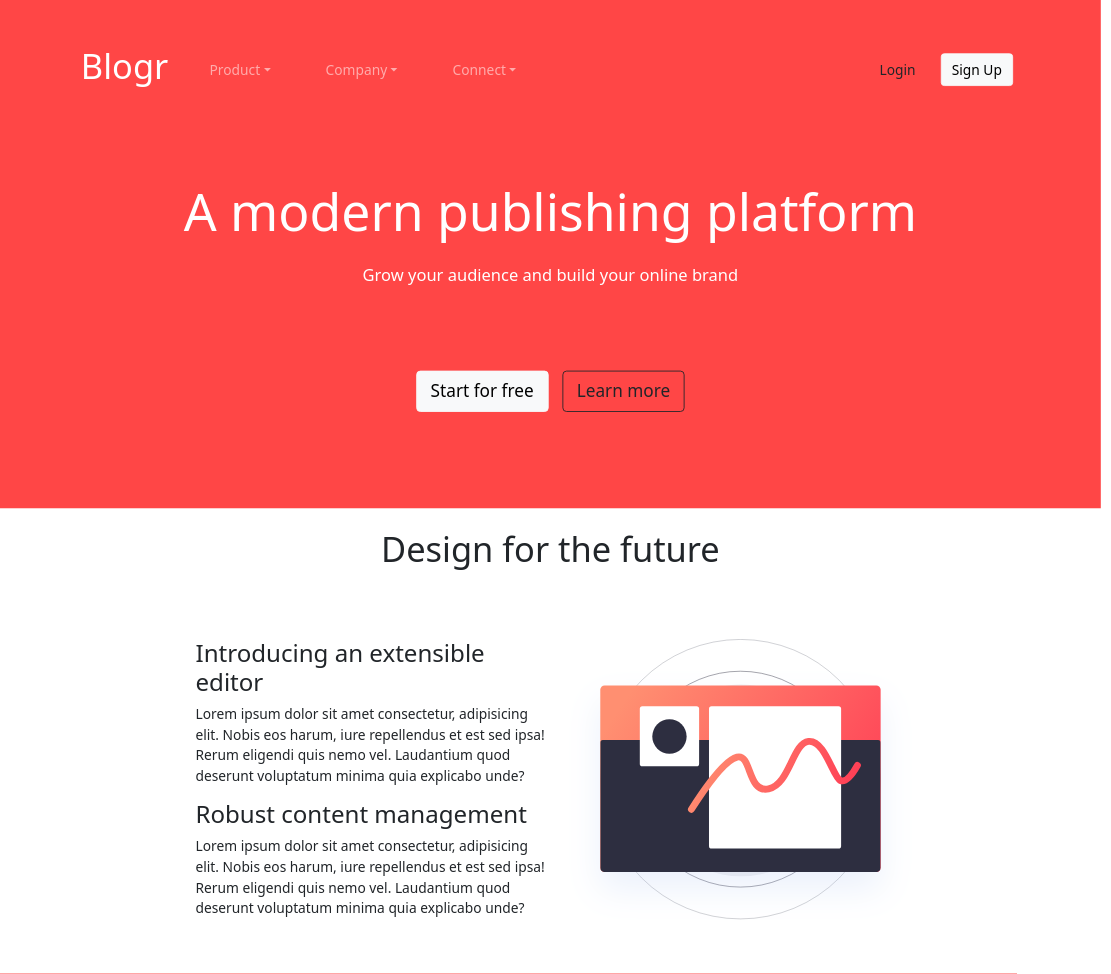
Repository: badhon252/blogr-landing-page
Page: /
The author's editor kept a copy of each file at every save. The page is drawn from the files as they stood at one save, then again after the next save.
The browser window is 1280 px wide. The page is 1292 px wide, so the pictures cover 1292 px, including what lies to the right of the window. The pictures show the whole page, at 86% of full size.
The project was rebuilt for these pictures with package versions that can differ from the ones it lists, and the page was loaded fresh each time.

Above is the page before, as saved 2022-01-18 18:52:17.

### public/index.html
<!DOCTYPE html>
<html lang="en">

<head>
  <meta charset="utf-8" />
  <link rel="icon" href="%PUBLIC_URL%/favicon.ico" />
  <meta name="viewport" content="width=device-width, initial-scale=1" />
  <meta name="theme-color" content="#000000" />
  <meta name="description" content="Web site created using create-react-app" />
  <link rel="apple-touch-icon" href="%PUBLIC_URL%/logo192.png" />

  <link rel="manifest" href="%PUBLIC_URL%/manifest.json" />
  <!-- Bootstrap css  -->
  <link href="https://cdn.jsdelivr.net/npm/bootstrap@5.1.3/dist/css/bootstrap.min.css" rel="stylesheet"
    integrity="sha384-1BmE4kWBq78iYhFldvKuhfTAU6auU8tT94WrHftjDbrCEXSU1oBoqyl2QvZ6jIW3" crossorigin="anonymous">


  <title>Blogr</title>
</head>

<body>
  <noscript>You need to enable JavaScript to run this app.</noscript>
  <div id="root"></div>

  <!-- Bootstrap js  -->
  <script src="https://cdn.jsdelivr.net/npm/bootstrap@5.1.3/dist/js/bootstrap.bundle.min.js"
    integrity="sha384-ka7Sk0Gln4gmtz2MlQnikT1wXgYsOg+OMhuP+IlRH9sENBO0LRn5q+8nbTov4+1p"
    crossorigin="anonymous"></script>

</body>

</html>

### src/App.js
import Maincomp from "./components/MainComp";

function App() {
  return (
    <div className="App">
      <Maincomp />
    </div>
  );
}

export default App;

### src/components/MainComp.js
import React from "react";
import Header from "./Header/Header";
import Intro from "./Intro/Intro";

const Maincomp = () => {
  return (
    <div>
      <Header />
      <Intro />
    </div>
  );
};

export default Maincomp;

### src/components/Header/Header.js
import React from "react";
import Nav from "./Nav";
import "../styles/index.css";
import HeaderContent from "./HeaderContent";

export default function Header() {
  return (
    <div className="header">
      <div className="container">
        <Nav />
        <HeaderContent />
      </div>
    </div>
  );
}

### src/components/Intro/Intro.js
import React from "react";
import MobileLogo from "../../images/illustration-editor-mobile.svg";
import "../styles/index.css";

export default function Intro() {
  return (
    <div>
      <h1 className="intro-h1 py-4">Design for the future</h1>
      <div className="row ms-auto py-5">
        <div className="col-md-2"></div>
        <div className="col-md-4">
          <div>
            <h3>Introducing an extensible editor</h3>
            <p>
              Lorem ipsum dolor sit amet consectetur, adipisicing elit. Nobis
              eos harum, iure repellendus et est sed ipsa! Rerum eligendi quis
              nemo vel. Laudantium quod deserunt voluptatum minima quia
              explicabo unde?
            </p>
          </div>
          <div>
            <h3>Robust content management</h3>
            <p>
              Lorem ipsum dolor sit amet consectetur, adipisicing elit. Nobis
              eos harum, iure repellendus et est sed ipsa! Rerum eligendi quis
              nemo vel. Laudantium quod deserunt voluptatum minima quia
              explicabo unde?
            </p>
          </div>
        </div>
        <div className="col-md-6">
          <img src={MobileLogo} alt="This is MobileLogo svg img"></img>
          <div></div>
        </div>
      </div>
    </div>
  );
}

### src/components/Header/Nav.js
import React from "react";
import "../styles/index.css";
const Nav = () => {
  return (
    <div>
      <nav className="navbar navbar-expand-lg navbar-dark py-5">
        <div className="container-fluid">
          <a className="navbar-brand" href="/">
            <h1>Blogr</h1>
          </a>
          <button
            className="navbar-toggler"
            type="button"
            data-bs-toggle="collapse"
            data-bs-target="#navbarSupportedContent"
            aria-controls="navbarSupportedContent"
            aria-expanded="false"
            aria-label="Toggle navigation"
          >
            <span className="navbar-toggler-icon"></span>
          </button>
          <div className="collapse navbar-collapse" id="navbarSupportedContent">
            <ul className="navbar-nav mb-2 mb-lg-0">
              <li className="nav-item dropdown px-4">
                <a
                  className="nav-link dropdown-toggle"
                  href="/"
                  id="navbarDropdown"
                  role="button"
                  data-bs-toggle="dropdown"
                  aria-expanded="false"
                >
                  Product
                </a>
                <ul className="dropdown-menu" aria-labelledby="navbarDropdown">
                  <li>
                    <a className="dropdown-item" href="/">
                      Action
                    </a>
                  </li>
                  <li>
                    <a className="dropdown-item" href="/">
                      Another action
                    </a>
                  </li>
                  <li>
                    <hr className="dropdown-divider" />
                  </li>
                  <li>
                    <a className="dropdown-item" href="/">
                      Something else here
                    </a>
                  </li>
                </ul>
              </li>{" "}
              <li className="nav-item dropdown px-4">
                <a
                  className="nav-link dropdown-toggle"
                  href="/"
                  id="navbarDropdown"
                  role="button"
                  data-bs-toggle="dropdown"
                  aria-expanded="false"
                >
                  Company
                </a>
                <ul className="dropdown-menu" aria-labelledby="navbarDropdown">
                  <li>
                    <a className="dropdown-item" href="/">
                      Action
                    </a>
                  </li>
                  <li>
                    <a className="dropdown-item" href="/">
                      Another action
                    </a>
                  </li>
                  <li>
                    <hr className="dropdown-divider" />
                  </li>
                  <li>
                    <a className="dropdown-item" href="/">
                      Something else here
                    </a>
                  </li>
                </ul>
              </li>{" "}
              <li className="nav-item dropdown px-4">
                <a
                  className="nav-link dropdown-toggle"
                  href="/"
                  id="navbarDropdown"
                  role="button"
                  data-bs-toggle="dropdown"
                  aria-expanded="false"
                >
                  Connect
                </a>
                <ul className="dropdown-menu" aria-labelledby="navbarDropdown">
                  <li>
                    <a className="dropdown-item" href="/">
                      Action
                    </a>
                  </li>
                  <li>
                    <a className="dropdown-item" href="/">
                      Another action
                    </a>
                  </li>
                  <li>
                    <hr className="dropdown-divider" />
                  </li>
                  <li>
                    <a className="dropdown-item" href="/">
                      Something else here
                    </a>
                  </li>
                </ul>
              </li>
            </ul>
            {/* login & sign-up */}
            <ul className="navbar-nav ms-auto">
              <li className="nav-login">
                <a className="nav-link" href="/">
                  <button type="button" class="btn">
                    Login
                  </button>
                </a>
              </li>{" "}
              <li className="nav-signup">
                <a className="nav-link" href="/">
                  <button type="button" class="btn btn-light">
                    Sign Up
                  </button>
                </a>
              </li>
            </ul>
          </div>
        </div>
      </nav>
    </div>
  );
};

export default Nav;

### src/components/styles/index.css
.header {
  background-color: rgb(255, 70, 70);
  color: rgb(255, 255, 255);
  /* clip-path: circle(73.8% at 63% 38%); */
}
/* .header-nav {
  color: #fff;

} */
/* .singup,
.login {
  color: aliceblue;
} */

.header-param {
  text-align: center;
}
.header-param h1 {
  font-size: 60px;
}
.header-param p {
  font-size: 1.2rem;
}
/* .header-param .h-btn {
  -webkit-border-radius: 28;
  -moz-border-radius: 28;
  border-radius: 28px;
  font-family: Arial;
  color: #000000;
  font-size: 20px;
  background: #f5f5f5;
  padding: 10px 20px 10px 20px;
  text-decoration: none;
} */

/* Intro ======= */
.intro-h1 {
  text-align: center;
}

### src/components/Header/HeaderContent.js
import React from "react";
import "../styles/index.css";
export default function HeaderContent() {
  return (
    <div>
      <div className="py-5 header-param">
        <h1 className="">A modern publishing platform</h1>
        <p className="header-p py-3 ">
          Grow your audience and build your online brand
        </p>
        {/* btn  */}
        <div className="px-5 py-5">
          <button type="button" class="btn btn-lg btn-light me-3 my-3">
            Start for free
          </button>
          <button type="button" class="btn btn-lg btn-outline-dark">
            Learn more
          </button>
        </div>
      </div>
    </div>
  );
}

Loaded but not shown: src/index.js (common file); src/reportWebVitals.js (common file)

After the next save:
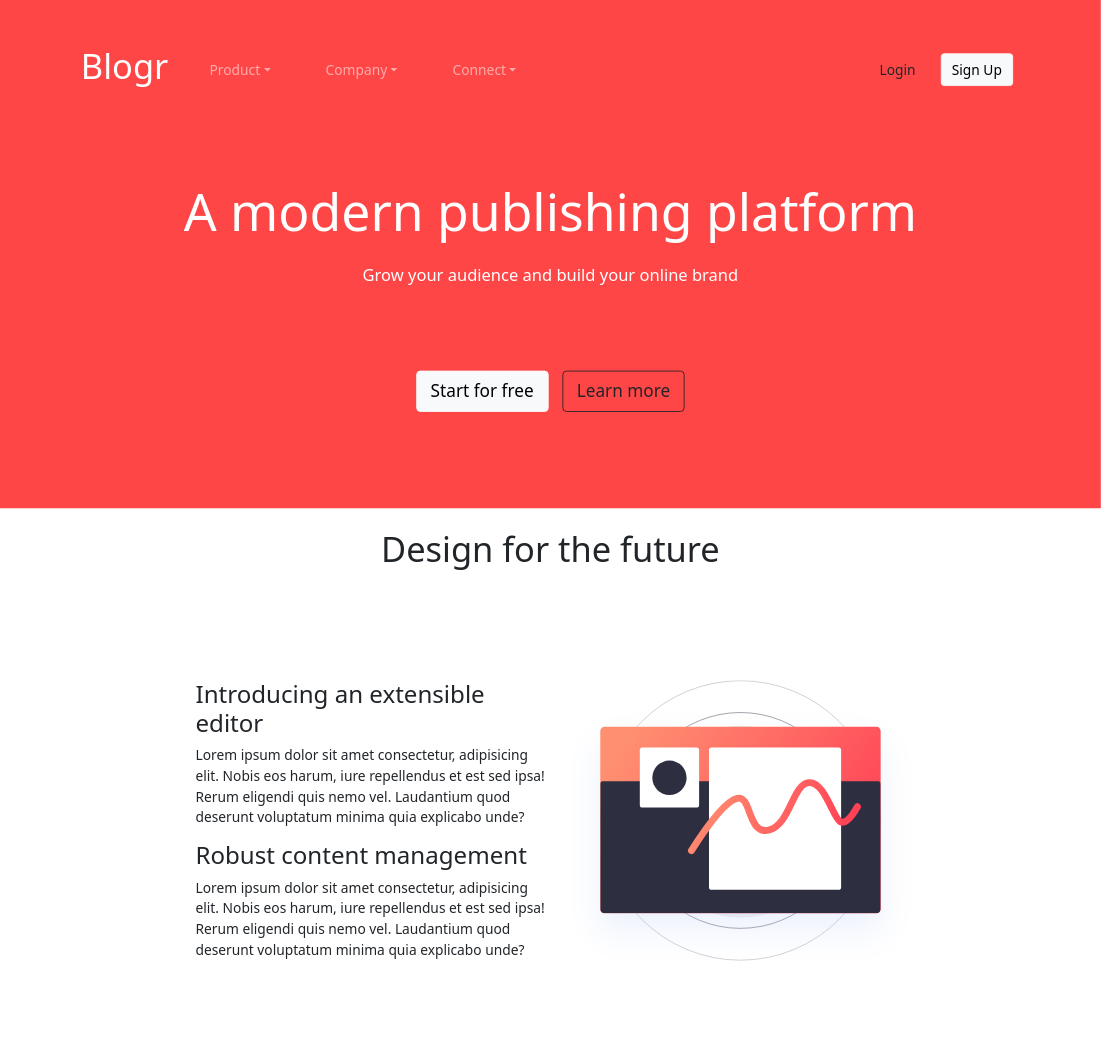
Saved 35 s later.
--- a/src/components/Intro/Intro.js
+++ b/src/components/Intro/Intro.js
@@ -8,7 +8,7 @@ export default function Intro() {
       <h1 className="intro-h1 py-4">Design for the future</h1>
       <div className="row ms-auto py-5">
         <div className="col-md-2"></div>
-        <div className="col-md-4">
+        <div className="col-md-4 py-5">
           <div>
             <h3>Introducing an extensible editor</h3>
             <p>
@@ -28,7 +28,7 @@ export default function Intro() {
             </p>
           </div>
         </div>
-        <div className="col-md-6">
+        <div className="col-md-6 py-5">
           <img src={MobileLogo} alt="This is MobileLogo svg img"></img>
           <div></div>
         </div>
